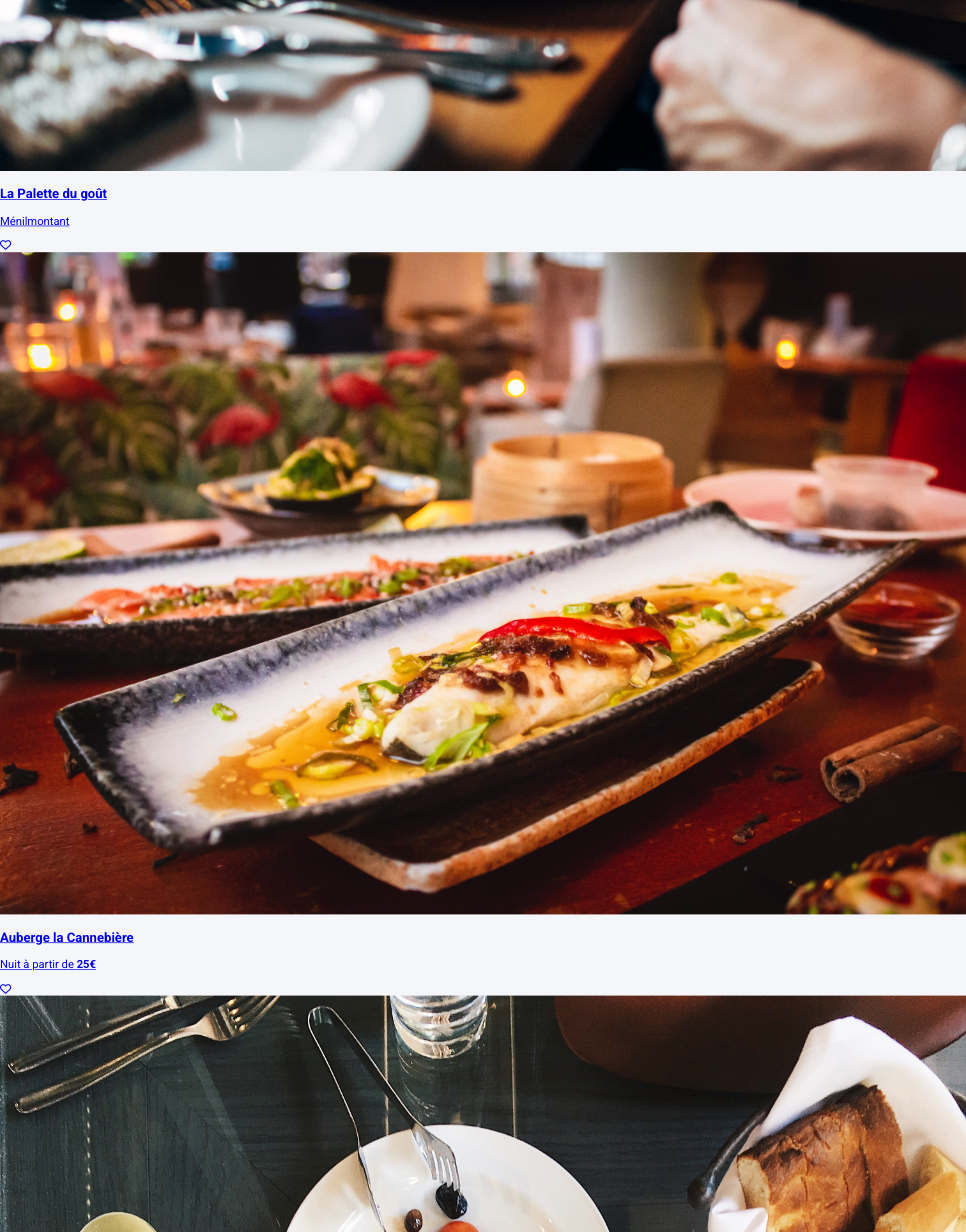
Repository: ultraasedev/ohmyfood
Page: index.html
An editor plug-in stored every save of this project. The page is shown before and after the next save, followed by the edit.
The browser window is 1280 px wide. The page is 1380 px wide, so the pictures cover 1380 px, including what lies to the right of the window. The pictures show the part of the page from y = 1376 to 3136 px (the page is 5956 px tall before and 5974 px after), at 70% of full size.
Some web fonts or font styles are not loaded; a fallback is used. Some web libraries are served in a nearby version.

Above is the page before, as saved 2022-10-27 17:04:11.

After the next save:
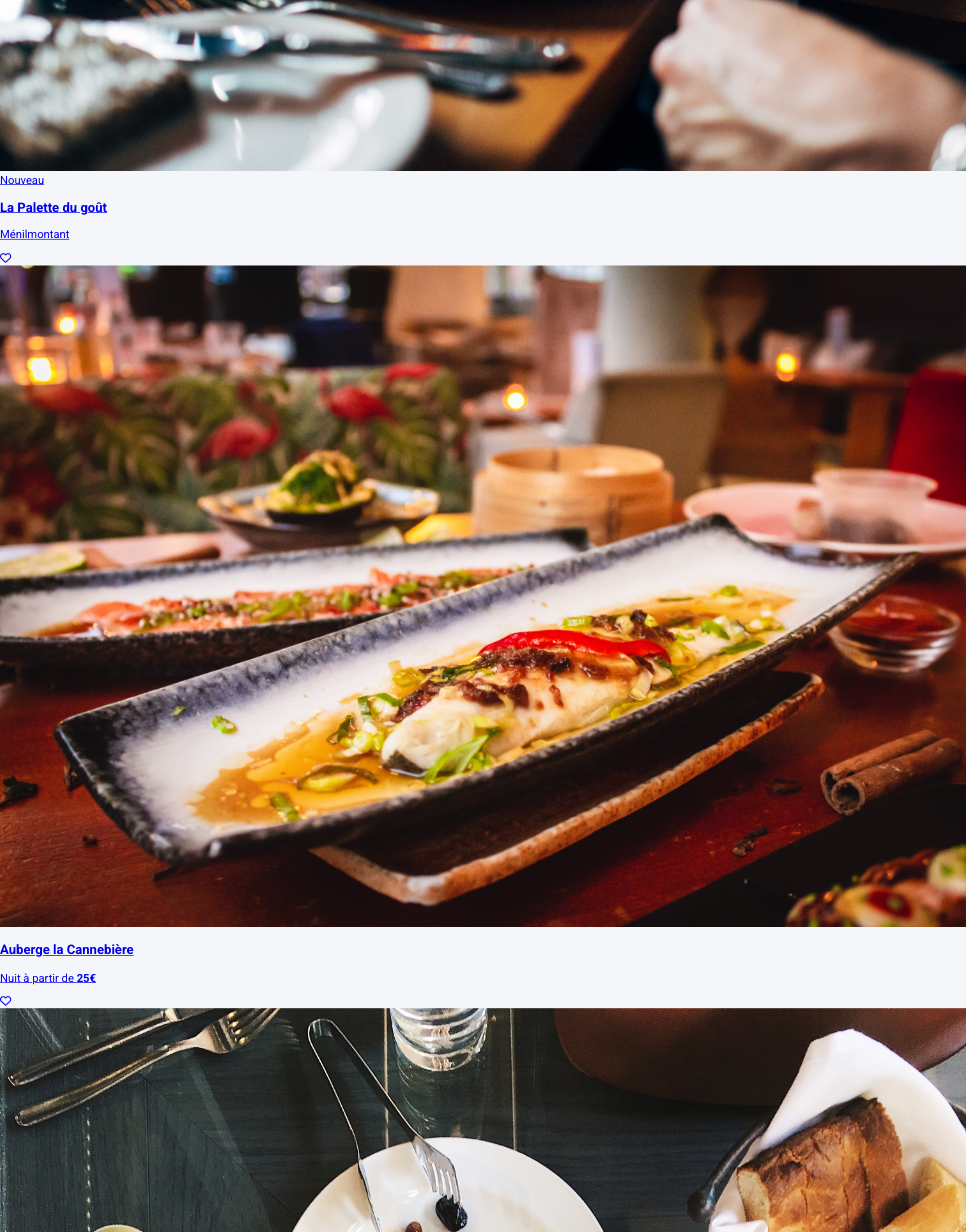
Saved 50 s later.
--- a/index.html
+++ b/index.html
@@ -75,6 +75,7 @@
                     src="./images/restaurants/jay-wennington-N_Y88TWmGwA-unsplash.jpg"
                     alt="Photo de l'hébergement"
                   />
+                  <div class="new">Nouveau</div>
                   <h3>La Palette du goût</h3>
                   <p>Ménilmontant</p>
                   <div class="stars">
